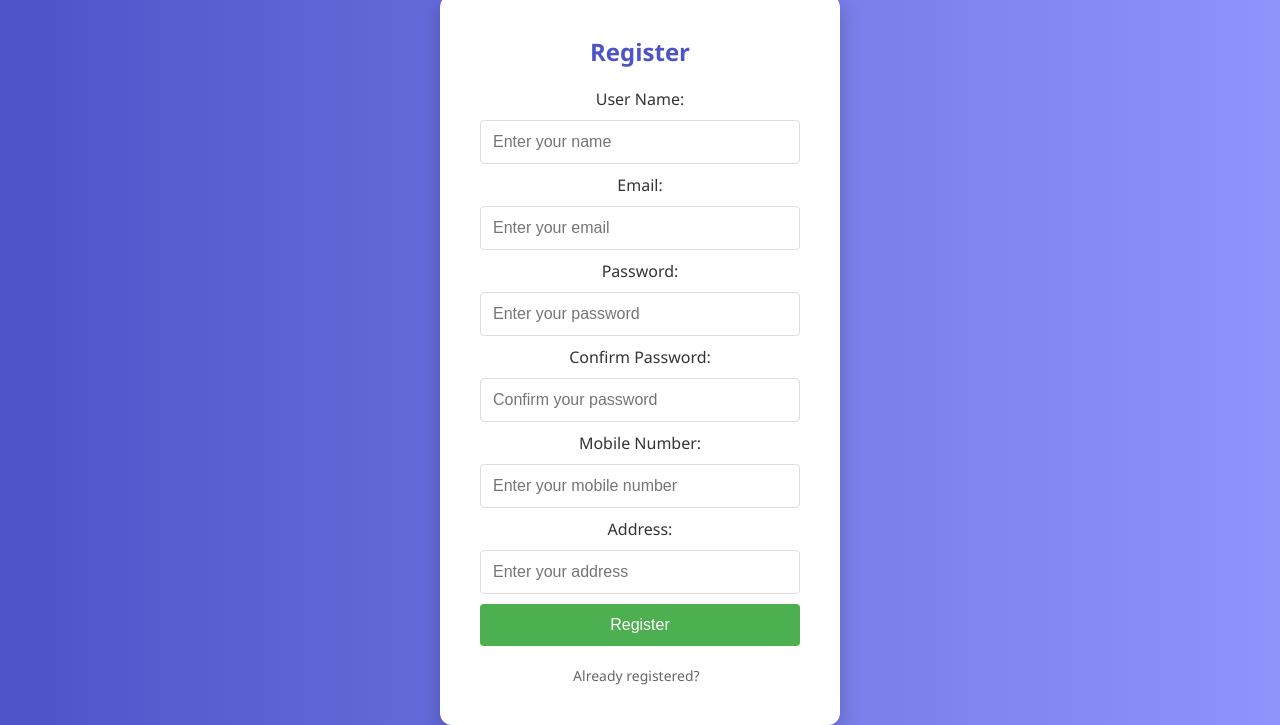
Repository: Sujith-B-S/Food-Application
Page: http://localhost/FoodApplication/register.jsp
These files come from the project's save history. The page is drawn as it stood at one moment and after the next save; the edit follows.
The browser window is 1280 px wide. The pictures show the whole page.
The page is served by Tomcat 9. Other server files are loaded and not shown.

Above is the page before, as saved 2024-11-13 11:43:31.

### FoodApplication/src/main/webapp/register.jsp
<%@ page language="java" contentType="text/html; charset=UTF-8" pageEncoding="UTF-8"%>
<!DOCTYPE html>
<html>
<head>
<meta charset="UTF-8">
<title>Register Page</title>
<style>
    /* Basic Reset */
    * {
        margin: 0;
        padding: 0;
        box-sizing: border-box;
    }

    body {
        display: flex;
        justify-content: center;
        align-items: center;
        height: 100vh;
        font-family: 'Segoe UI', Tahoma, Geneva, Verdana, sans-serif;
        background: linear-gradient(to right, #4e54c8, #8f94fb);
        color: #333;
        transition: opacity 0.5s ease;
    }

    /* Animation for Fade In and Fade Out */
    .fade-out {
        opacity: 0;
        transition: opacity 0.5s ease;
    }

    /* Form Container */
    .register-container {
        background-color: white;
        padding: 40px;
        width: 400px;
        box-shadow: 0px 8px 20px rgba(0, 0, 0, 0.2);
        border-radius: 12px;
        text-align: center;
    }

    h2 {
        margin-bottom: 20px;
        color: #4e54c8;
    }

    /* Error Message */
    .error-message {
        color: red;
        margin-bottom: 20px;
        font-size: 14px;
    }

    /* Form Fields */
    input[type="text"],
    input[type="password"] {
        width: 100%;
        padding: 12px;
        margin: 10px 0;
        border: 1px solid #ddd;
        border-radius: 4px;
        font-size: 16px;
        transition: border-color 0.3s ease;
    }

    input[type="text"]:focus,
    input[type="password"]:focus {
        border-color: #4e54c8;
        outline: none;
    }

    /* Submit Button */
    input[type="submit"] {
        width: 100%;
        padding: 12px;
        background-color: #4CAF50;
        border: none;
        color: white;
        font-size: 16px;
        border-radius: 4px;
        cursor: pointer;
        transition: background-color 0.3s ease, transform 0.2s ease;
    }

    input[type="submit"]:hover {
        background-color: #45a049;
        transform: translateY(-2px);
    }

    /* Register Link Animation */
    .footer-text {
        margin-top: 20px;
        font-size: 14px;
        color: #666;
    }

    .footer-text a {
        color: #4CAF50;
        text-decoration: none;
        transition: color 0.3s ease;
    }

    .footer-text a:hover {
        color: #45a049;
    }
</style>
<script>
    function fadeOut(event) {
        event.preventDefault();
        document.body.classList.add('fade-out');
        setTimeout(() => {
            window.location.href = event.target.href;
        }, 500); // Delay to allow fade-out to complete
    }
</script>
</head>
<body>

<div class="register-container">
    <h2>Register</h2>
    <% String errorMessage = (String) request.getAttribute("errorMessage"); %>
    <% if (errorMessage != null) { %>
        <p class="error-message"><%= errorMessage %></p>
    <% } %>

    <form action="validation" method="POST">
        User Name: <input type="text" name="name" placeholder="Enter your name" required><br>
        Email: <input type="text" name="email" placeholder="Enter your email" required><br>
        Password: <input type="password" name="password" placeholder="Enter your password" required><br>
        Confirm Password: <input type="password" name="cpassword" placeholder="Confirm your password" required><br>
        Mobile Number: <input type="text" name="mobile" placeholder="Enter your mobile number" required><br>
        Address: <input type="text" name="address" placeholder="Enter your address" required><br>
        <input type="submit" value="Register">
    </form>

    <p class="footer-text">
        Already registered? &nbsp;
        <a href="login.jsp" onclick="fade

After the next save:
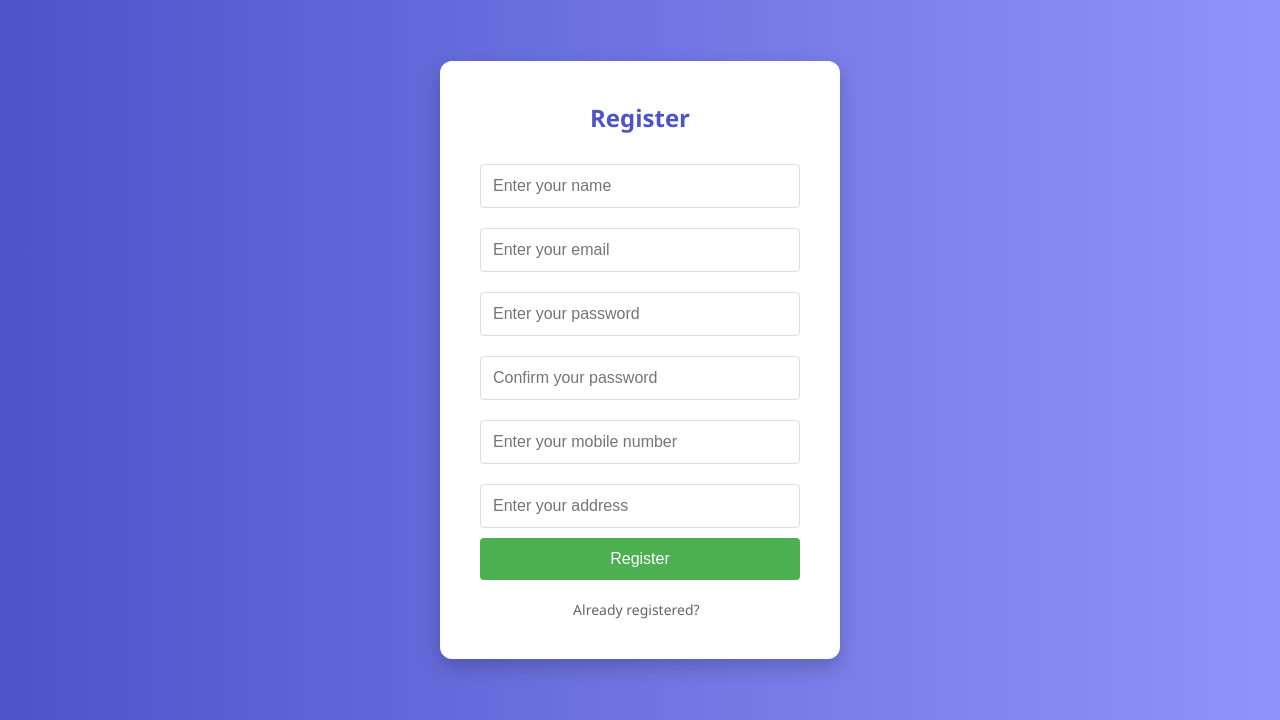
Saved 49 s later.
--- a/FoodApplication/src/main/webapp/register.jsp
+++ b/FoodApplication/src/main/webapp/register.jsp
@@ -124,12 +124,12 @@
     <% } %>
 
     <form action="validation" method="POST">
-        User Name: <input type="text" name="name" placeholder="Enter your name" required><br>
-        Email: <input type="text" name="email" placeholder="Enter your email" required><br>
-        Password: <input type="password" name="password" placeholder="Enter your password" required><br>
-        Confirm Password: <input type="password" name="cpassword" placeholder="Confirm your password" required><br>
-        Mobile Number: <input type="text" name="mobile" placeholder="Enter your mobile number" required><br>
-        Address: <input type="text" name="address" placeholder="Enter your address" required><br>
+        <input type="text" name="name" placeholder="Enter your name" required><br>
+        <input type="text" name="email" placeholder="Enter your email" required><br>
+        <input type="password" name="password" placeholder="Enter your password" required><br>
+        <input type="password" name="cpassword" placeholder="Confirm your password" required><br>
+        <input type="text" name="mobile" placeholder="Enter your mobile number" required><br>
+        <input type="text" name="address" placeholder="Enter your address" required><br>
         <input type="submit" value="Register">
     </form>
 
